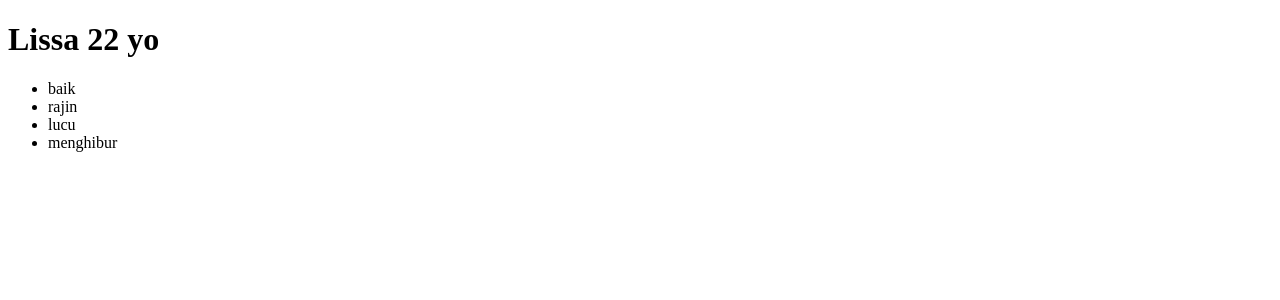
Repository: vincentdwi07/fufuk_lissa
Page: index.html
These files come from the project's save history. The page is drawn as it stood at one moment and after the next save; the edit follows.
The browser window is 1280 px wide. The pictures show the whole page.

Above is the page before, as saved 2025-08-30 20:10:22.

### index.html
<!DOCTYPE html>
<html lang="en">
<head>
    <meta charset="UTF-8">
    <meta name="viewport" content="width=device-width, initial-scale=1.0">
    <title>Document Lissa</title>
</head>
<body>
    <h1>Lissa 22 yo</h1>
    <ul>
        <li>baik</li>
        <li>rajin</li>
        <li>lucu</li>
        <li>menghibur</li
    </ul>
</body>
</html>

After the next save:
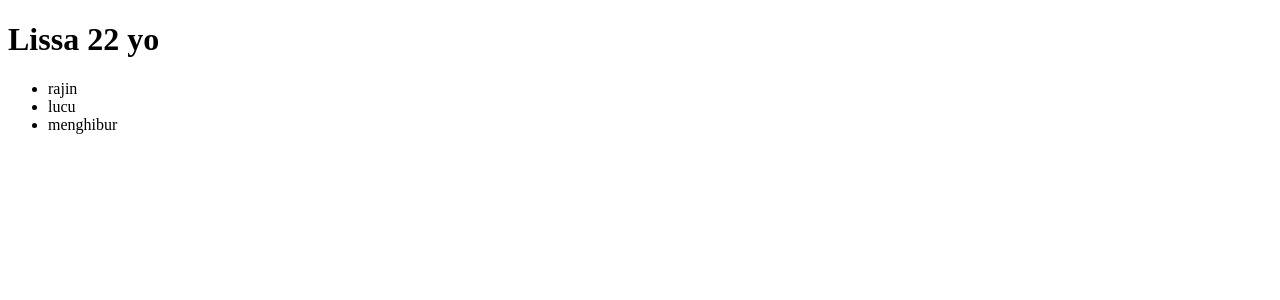
Saved 4 s later.
--- a/index.html
+++ b/index.html
@@ -8,7 +8,6 @@
 <body>
     <h1>Lissa 22 yo</h1>
     <ul>
-        <li>baik</li>
         <li>rajin</li>
         <li>lucu</li>
         <li>menghibur</li
